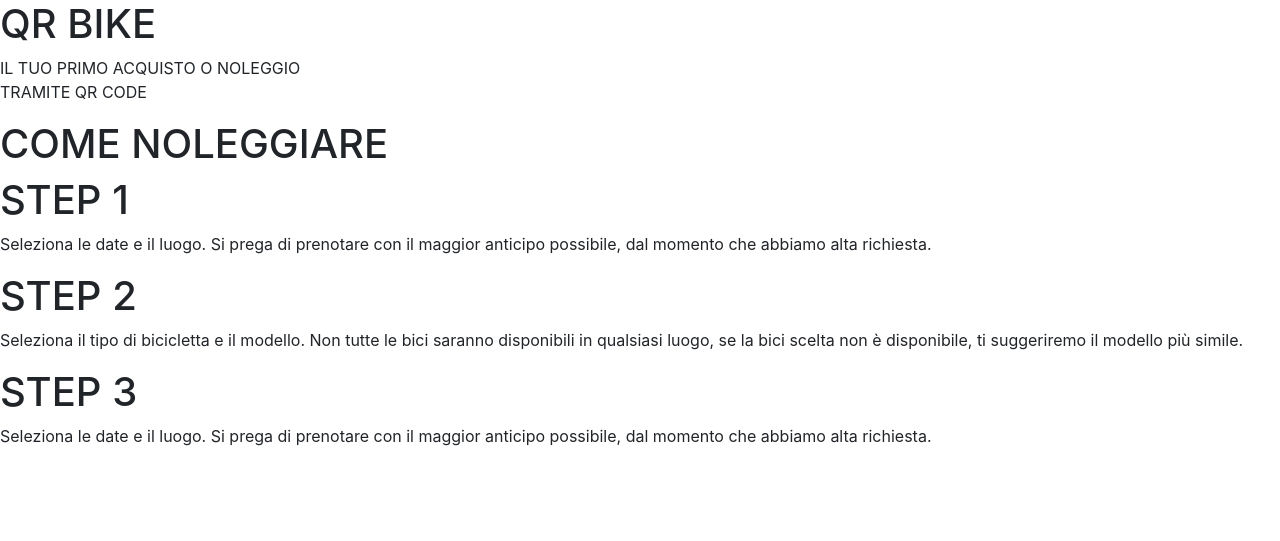
Repository: andrealepori/qrbike
Page: index.html
An editor plug-in stored every save of this project. The page is shown before and after the next save, followed by the edit.
The browser window is 1280 px wide. The pictures show the whole page.
Some web fonts or font styles are not loaded; a fallback is used.

Above is the page before, as saved 2020-09-17 21:19:39.

After the next save:
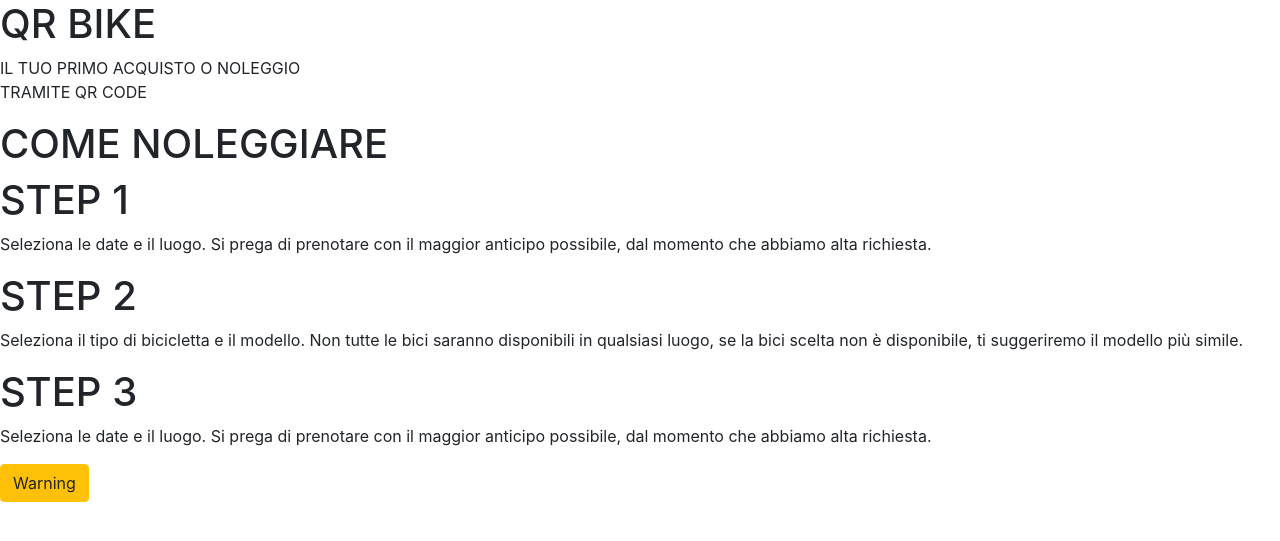
Saved 23 s later.
--- a/index.html
+++ b/index.html
@@ -82,6 +82,7 @@
 
     </div>
 
+    <button type="button" class="btn btn-warning">Warning</button>
   </section>
 
 
